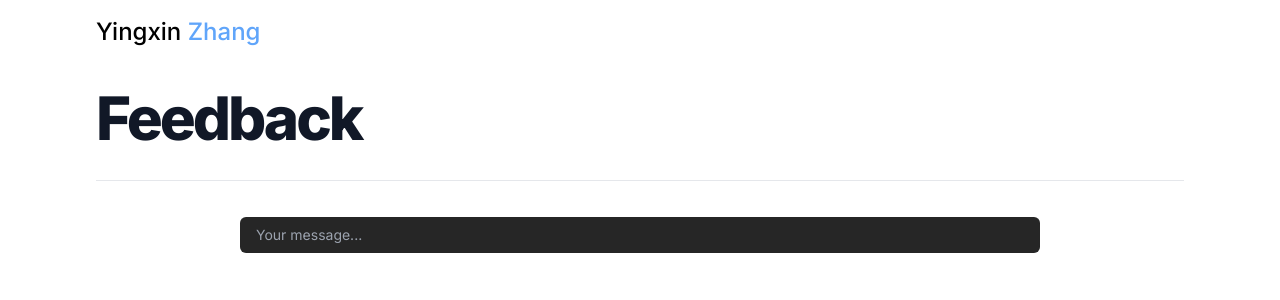
Repository: Tracy-maker/projects_collection
Page: /feedback
The author's editor kept a copy of each file at every save. The page is drawn from the files as they stood at one save, then again after the next save.
The browser window is 1280 px wide. The pictures show the whole page.
The project was rebuilt for these pictures with package versions that can differ from the ones it lists, and the page was loaded fresh each time. The framework's server and built-in components were replaced by stand-ins that run in the browser. Also part of the build but not shown: next.config.js.

Above is the page before, as saved 2023-09-16 21:31:01.

After the next save:
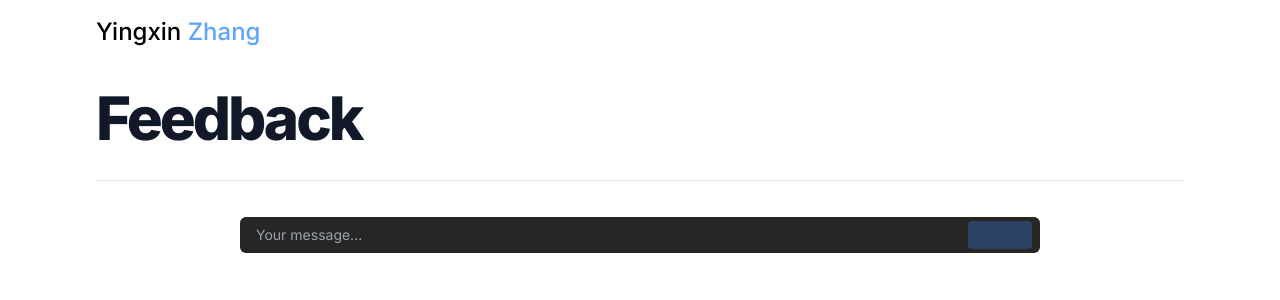
Saved 8 min 45 s later.
--- a/app/components/Form.tsx
+++ b/app/components/Form.tsx
@@ -8,7 +8,10 @@ export default function Form() {
         required
         className="pl-4 pr-32 py-2 mt-1 focus:ring-blue-500 focus:border-blue-500 block w-full border-neutral-300 rounded-md bg-gray-100 dark: bg-neutral-800 text-neutral-900 dark:text-neutral-100"
       />
-      <button ></button>
+      <button
+        type="submit"
+        className="flex items-center justify-center absolute right-2 mt-1 font-medium h-7 bg-blue-500/30 text-neutral-900 dark:text-neutral-100 rounded w-16"
+      ></button>
     </form>
   );
 }
